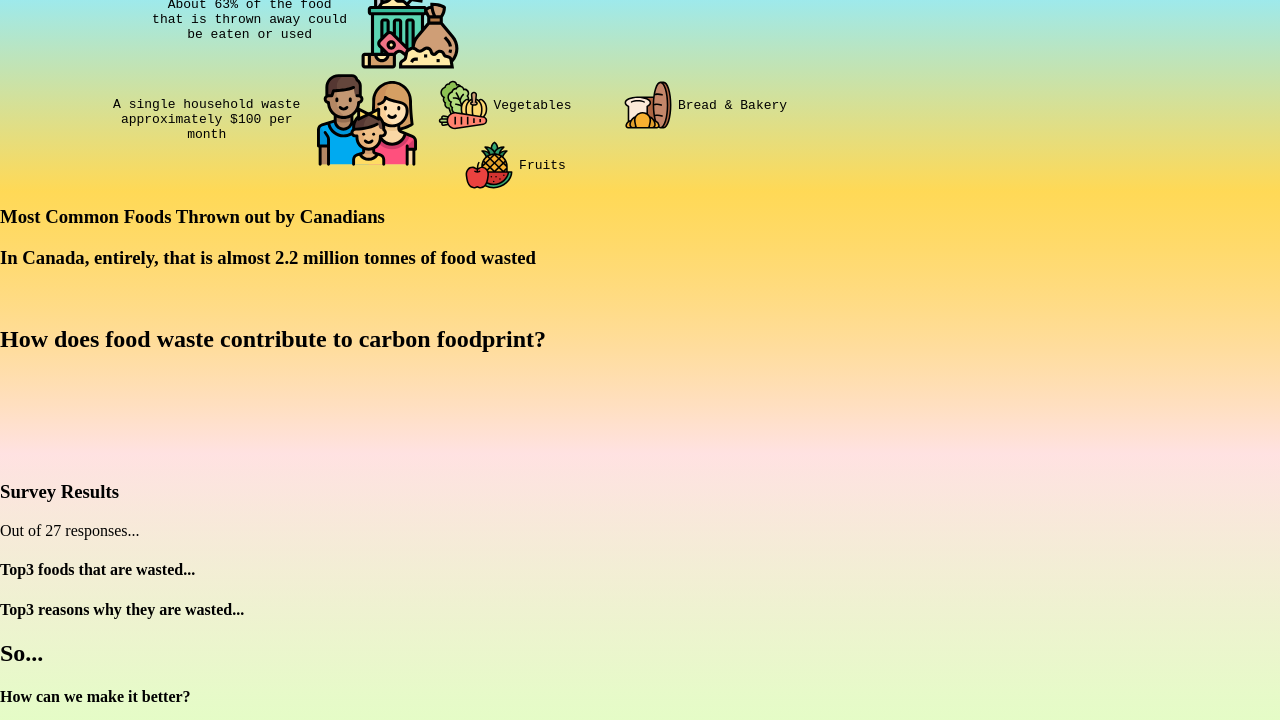
Repository: iorid3/Midterm
Page: index.html
An editor plug-in stored every save of this project. The page is shown before and after the next save, followed by the edit.
The browser window is 1280 px wide. The pictures show the whole page.
An inner scrolling area shows only its first screen.

Above is the page before, as saved 2021-03-08 12:37:29.
Console error: TypeError: Cannot read properties of null (reading 'innerHTML')

### index.html
<!DOCTYPE html>
<html>
    <head>
       <title>Mid term</title>
        <link href= "./index.css"  rel ="stylesheet" type = "text/css" >
    </head>
<body>
   <div id = "main">

        <div class = "section1">
            <div><h1> How Food Waste Impacts Our World</h1></div>
            <div><img src =""/></div>
            <div class = "comp1"></div>
            <div class = "comp2"></div>
            <div class = "comp5"></div>
        </div>

        <div class = "section2">
            <div><h2>DId you know that...</h2></div>
            <div class ="comp3_1"></div>
            <div class ="comp3_2"></div>
            <div class ="comp3_3"></div>
            <div class ="comp3_4"></div>
            <div class = "comp1"></div>

            <div class = "flag"><img src = ""></div>
            <div><h3>Most Common Foods Thrown out by Canadians</h3></div>
               <div class = "container1">
                    <div class ="comp4_1"></div>
                    <div class ="comp4_2"></div>
                    <div class ="comp4_3"></div>
                    <div class ="comp4_4"></div>
                </div>

            <div class = "comp5"></div>
            <div><h3>In Canada, entirely, that is almost 2.2 million tonnes of food wasted</h3></div>
            <div><img src = ""></div>
        </div>

        <div class = "section3">
            <div><h2>How does food waste contribute to carbon foodprint?</h2></div>
            <div><img src = ""></div>

            <div class = "comp6"></div>
            <div class = "comp6"></div>
            <div class = "comp6"></div>
            <div class = "comp6"></div>

                <div class = "container2">
                    <div><img src = ""></div>
                    <div><img src = ""></div>
                    <div><img src = ""></div>
                </div>

            <div class = "comp6"></div>


        </div>


        <div class = "section4">
            <div class = "container3">
               <div><img src = ""></div>
               <div><h3>Survey Results</h3></div>
               <div>Out of 27 responses...</div>
            </div>


            <div class ="comp2"></div>
            <div><h4>Top3 foods that are wasted...</h4></div>
            <div class = "container4">
                <div class = "comp7"></div>
                <div class = "comp7"></div>
                <div class = "comp7"></div>
            </div>

            <div><h4>Top3 reasons why they are wasted...</h4></div>
            <div class = "container5">
                <div class = "comp8"></div>
                <div class = "comp8"></div>
                <div class = "comp8"></div>
            </div>



            <div><h2>So...</h2></div>

            <div><h4>How can we make it better?</h4></div>
            <div class = "container6">
                <div class ="comp9"></div>
                <div class ="comp9"></div>
                <div class ="comp9"></div>
                <div class ="comp9"></div>
            </div>


        <div class = "section5">

            <div><h3>Small Steps goes a long way</h3></div>
            <div class = "comp10"></div>
            <div class = "comp10"></div>
            <div class = "comp10"></div>
            <div class = "comp10"></div>
            <div class = "comp10"></div>
            <div class = "comp10"></div>

            <div><img src = ""></div>
            <div><img src = ""></div>

            <div class = "comp5"></div>
            <div><h3>Do your part in saving the environment by ...</h3></div>
            <div><h2>Using this app to reduce food waste</h2></div>
            <div><h2>FridgeSaver</h2></div>
            <div><img src =""></div>
            <div class = "comp5"></div>
            <div><h5>Start with what you have in your fridge</h5></div>

            <div><img src =""></div>
            <div><h5>Ready to find interesting recipes?</h5></div>



        </div>








       <!-- <div class = "col left">
           <div class = "row top">
               <div class = "shake"></div>
           </div>
           <div class = "row mid">
               <div class = "rank1"></div>
               <div class = "rank2"></div>
           </div> -->
    </div>


<script src = ./comps/comp1/index.js></script>
<script src = ./comps/comp2/index.js></script>
<script src = ./comps/comp3/index.js></script>
<script src = ./comps/comp4/index.js></script>
<script src = ./comps/comp5/index.js></script>
<script src = ./comps/comp6/index.js></script>
<script src = ./comps/comp7/index.js></script>
<script src = ./comps/comp8/index.js></script>
<script src = ./comps/comp9/index.js></script>
<script src = ./comps/comp10/index.js></script>

<script src = ./index.js></script>
</body>
</html>

### index.css
html,body{
    margin:0;
    overflow-x:hidden;
    background: linear-gradient(180deg, rgba(156, 233, 235, 0.86) 0%, rgba(255, 217, 86, 0.96) 26.56%, rgba(255, 220, 220, 0.6) 63.02%, rgba(227, 252, 195, 0.76) 100%);
    mix-blend-mode: normal;
}
#main{
    width:100vw;
    height:100vh;
    display:flex;
    flex-direction: column;
    justify-content: center;
}

### Comps/comp1/index.js
function Comp1UI(url="Images/confusion.png", size ="10px", font= "Poppins", text="text"){
    return `<div style='
            width: 100vw;
            height: 30vh;
            display: inline-flex;
            justify-content: center;
            align-items: center;
            transition: opacity 1s;
            opacity: 0.25;
        '
        onclick='Comp1UI.HandleClick(this)'
        >

        <img style='
            display: inline-flex;
            width: 200px;
            position: relative;
            left: 140px;
            top: 60px;
        'src="${url}" />

        <div>
            <img style='
                display: inline-flex;
                position: relative;
                width: 500px;
                left: 100px;
                bottom: 10px;
            'src="Images/chat.svg" />

            <div style='
                display: inline-flex;
                position: relative;
                bottom: 280px;
                right: 265px;
                font-size: ${size};
                font-weight: bold;
                font-family: ${font};
            '> ${text}</div>
        </div>
    </div>`
}

Comp1UI.HandleClick = (el) => {
    el.style.opacity = 1;
}

### Comps/comp2/index.js
function Comp2UI(url="Images/confusion.png", size ="10px", font= "Poppins", text="text"){
    return `<div style='
        width: 100vw;
        height: 30vh;
        display: inline-flex;
        justify-content: center;
        align-items: center;
        transition: opacity 1s;
        opacity: 0.25;
    '
    onclick='Comp1UI.HandleClick(this)'
    >

        <img style='
            display: inline-flex;
            width: 200px;
            position: relative;
            left: 500px;
            top:60px;
        ' src="${url}"/>

        <div>
            <img style='
                display: inline-flex;
                position: relative;
                width: 500px;
                right: 200px;
                bottom: 10px;
                transform: rotateY(180deg)
            ' src="Images/chat2.svg" />

            <div style='
                display: inline-flex;
                position: relative;
                bottom: 280px;
                right: 560px;
                font-size: ${size};
                font-weight: bold;
                font-family: ${font};
            ' >${text}</div>
        </div>
    </div>`
}

Comp2UI.HandleClick = (el) => {
    el.style.opacity = 1;
}

### Comps/comp3/index.js
function Comp3UI(Text='Average Canadian wastes 140kg of food in a year', url='https://placekitten.com/400/400') {
    return `
        <div style='
            display: inline-flex;
            align-items: center;
            justify-content: center;

            transition-property: transform;
            transition-duration: 1s;
            transition-timing-function: ease-in-out;
            transition-delay: 1s;

        '>
            <div style='
                flex-basis: 200px;
                text-align: center;
                padding-right: 10px;
                font-family: monospace;


            '
            >${Text}</div>

            <div style='
                width: 100px;
                height: 100px;
            '
            // onclick='Comp3UI.HandleClick(this)'
            >
                <img  style='
                    width: 100%;
                    height: 100%;
                    object-fit: cover;
                '
                src='${url}' />
        </div>
    `
}

// Comp3UI.HandleClick = (el) => {
//     el.style.top = "110%";
// }


// export const Comp3 = Comp3UI();

### Comps/comp4/index.js
function Comp4UI(url='https://placekitten.com/300/300',text='Bread & Bakery',x='0',y='0') {
    return `
        <div style='
            display: flex;
            flex-direction: row;
            align-item: center;
            justify-content: center;
            width: 250px;
            height: 50px;
            margin: 10px;
            position: absolute;
            top: ${x}px;
            left: ${y}px;

            animation-name: bouncing;
            animation-duration: 1.5s;
            animation-direction: alternate;
            animation-iteration-count: infinite;
            animation-delay: 2s;



        '
        >
            <div style='
                width: 50px;
                height: 50px;
            '>
                <img style='
                    width: 100%;
                    height: 100%;
                    object-fit: cover;
                '
                src='${url}' />
            </div>
            <div style='
            font-family: monospace;
            text-align: center;
            padding-top: 18px;
            padding-left: 5px;
            '
            >${text}</div>
        </div>
    `
}




// export const Comp4 = Comp4UI();

### Comps/comp5/index.js
function Comp5UI(x='0', y='0', url='https://placekitten.com/300/300') {
    return `
        <div style='
            width: 150px;
            height: 150px;
            position: absolute;
            top: ${x}px;
            left: ${y}px;

        '
        >
            <img style='
                width: 100%;
                height: 100%;
                object-fit: cover;

                animation-name: bounce;
                animation-duration: 1s;
                animation-direction: alternate;
                animation-iteration-count: infinite;

            '
            src='${url}' />


        </div>

    `
}

// export const Comp5 = Comp5UI();

### Comps/comp6/index.js
function Carboncomp(text =" 7% of greenhouse gases produced globally are due to preventable food waste", url= "images/factory.svg"){
    return `<div style = "
                          display:inline-flex;
                          ">
                         <div style = "display:flex;
                         padding:10px;">
                         <img style ="
                          width:100px;
                          height:100px;
                         " src  = "${url}"></div>
                         <div style ="
                         display:flex;
                         padding:10px;"><p>${text}</p></div>

            </div>`
}

### Comps/comp7/index.js
function Graphcomp(url ="images/vegetable.svg",text ="Leftovers(59.3%)",color ="pink",width ="200px" ){
    return `<div style = "
                          display:inline-flex;
                          align-items:flex-start;
                          justify-content:flex-start;
                          ">
                            <div style = "display:flex;
                            padding:10px;
                            width:80px;
                            height:80px;
                            ">
                            <img src  = "${url}"></div>
                            <div class = "graph"
                            style ="
                            width:${width};
                            height:30px;
                            margin-top:10px;
                            background-color:${color};
                            box-shadow: 3px 3px ;
                            transition:background-color,1s,box-shadow, 1s;"
                            onmouseover = "Graphcomp.HandleMouseover(this)">
                            <div style ="
                            display:flex;
                            padding:10px;
                            font-size:25px;"><p>${text}</p></div>
                            </div>



            </div>`


}

Graphcomp.HandleMouseover = (el)=>{
   el.style.boxShadow = "8px 8px";
//    el.style.width = "400px";
 }

### Comps/comp8/index.js
function Graphcomp2(url ="images/vegetable.svg",text ="Leftovers(59.3%)",color ="pink",width ="200px" ){
    return `<div style = "
                          display:inline-flex;
                          flex-direction:row;
                          justify-content:center;
                          ">
                            <div class = "graph"
                            style ="
                            display:flex;
                            width:${width};
                            height:30px;
                            margin-top:10px;
                            background-color:${color};
                            box-shadow: 3px 3px ;
                            transition:background-color,1s,box-shadow, 1s;"
                            onmouseover = "Graphcomp2.HandleMouseover(this)">
                            <div style ="
                            display:flex;
                            width:200px;
                            padding:10px;
                            font-size:20px;"><p>${text}</p></div>
                            </div>
                            <div style = "display:flex;
                            padding:10px;
                            width:80px;
                            height:80px;
                            ">
                            <img src  = "${url}"></div>




            </div>`


}

Graphcomp2.HandleMouseover = (el)=>{
//    el.style.backgroundColor  = "blue";
   el.style.boxShadow = "8px 8px";
//    el.style.width = "400px";
 }

### Comps/comp9/index.js
function Comp9UI(url="images/1.svg", text="4 Ways to Make it Better") {
    return `
        <img style='
            width: 80px;
            height: 80px;
            transition: width 0.2s;
            transition-timing-function: ease-in-out;
        '

        onmouseover='Comp9UI.HandleImageHover(this)'
        onmouseout='Comp9UI.HandleImageHoverOut(this)'

        src="${url}"/>

        <div style='
            width: 180px;
            height: 180px;
            margin: 10px;
            padding: 10px;
            background-color: rgba(255, 255, 255, 0.6);
            border: 3px solid rgba(0, 0, 0, 0.5);
            border-radius: 50%;
            display: flex;
            justify-content: center;
            align-items: center;
            font-size: 1.1em;
            line-height: 1.2em;
            text-align: center;
            transition: width 0.2s;
            transition-timing-function: ease-in-out;
        '
            onmouseover='Comp9UI.HandleHover(this)'
            onmouseout='Comp9UI.HandleHoverOut(this)'

        >${text}</div>

    `
}

Comp9UI.HandleImageHover = (el) => {
    el.style.width = "120px";
    el.style.height = "120px";
}

Comp9UI.HandleImageHoverOut = (el) => {
    el.style.width = "80px";
    el.style.height = "80px";
}

Comp9UI.HandleHover = (el) => {
    el.style.color = "#2E8B57";
    // el.style.width = "210px";
    // el.style.height = "210px";
    // el.style.fontSize = "1.4em";
}

Comp9UI.HandleHoverOut = (el) => {
    el.style.color = "#000000";
    // el.style.width = "180px";
    // el.style.height = "180px";
    // el.style.fontSize = "1.1em";
}
// export const Comp9 = Comp9UI();

### Comps/comp10/index.js
function Comp10UI(w="55px", tdeg="120deg", top="0px", left="0px", anidelay="1s") {
    return `
    <img style='
        width: ${w};
        transform: rotate(${tdeg});
        position: absolute;
        top: ${top};
        left: ${left};

        animation-name: footsteps;
        animation-duration: 4s;
        animation-delay: ${anidelay};
        animation-iteration-count: infinite;

    'src="images/footsteps.svg"/>

    `
}

// export const Comp10 = Comp10UI();

### index.js










//add claudia's componenets

document.querySelector(".comp3_1").innerHTML += Comp3UI('Average Canadian wastes 140kg of food in a year', 'icons/grocery.svg')
document.querySelector(".comp3_2").innerHTML += Comp3UI('That’s worth about $1,100 Canadian dollars', 'icons/canada.svg')
document.querySelector(".comp3_3").innerHTML += Comp3UI('About 63% of the food that is thrown away could be eaten or used', 'icons/garbage.svg')
document.querySelector(".comp3_4").innerHTML += Comp3UI('A single household waste approximately $100 per month', 'icons/family.svg')

document.querySelector(".comp4_1").innerHTML += Comp4UI('icons/vegetable.svg', 'Vegetables',70,370)
document.querySelector(".comp4_2").innerHTML += Comp4UI('icons/bread.svg', 'Bread & Bakery',70,570)
document.querySelector(".comp4_3").innerHTML += Comp4UI('icons/fruits.svg', 'Fruits',130,380)
document.querySelector(".forth").innerHTML += Comp4UI('icons/fridge.svg', 'Leftover',130,545)

document.querySelector(".row").innerHTML += Comp5UI(50,500,'icons/down-arrow.svg')

After the next save:
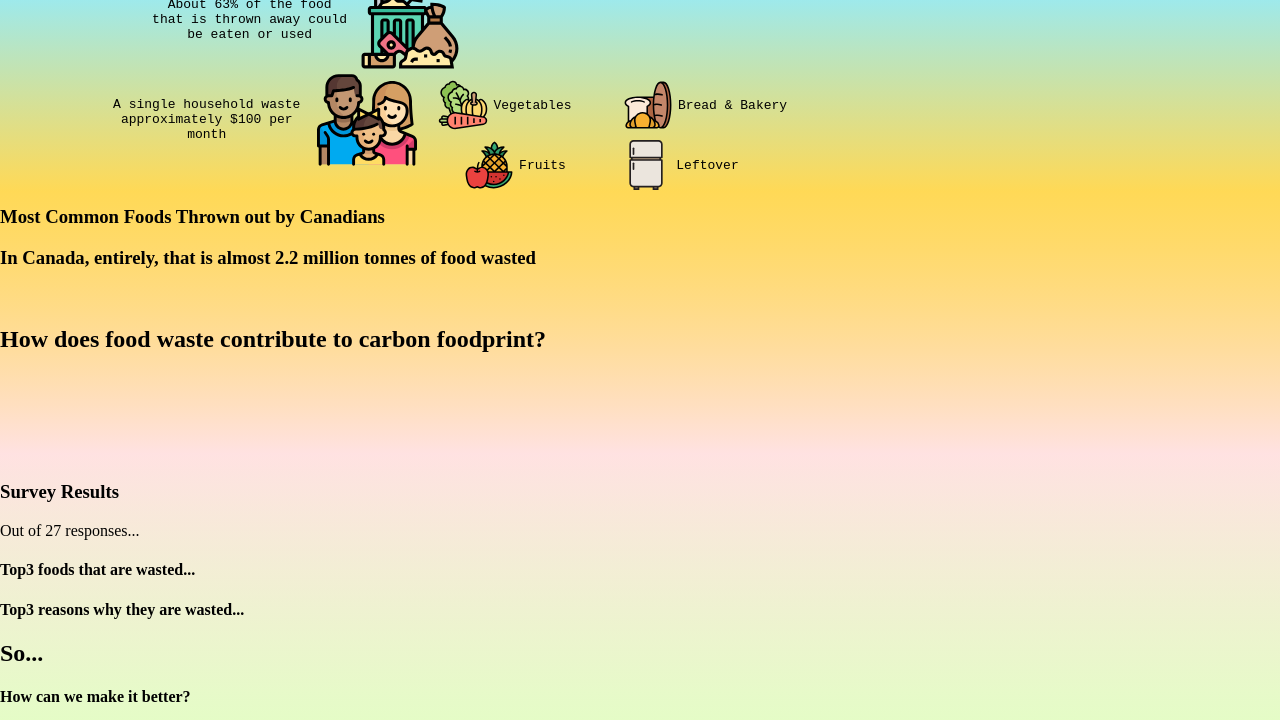
Saved 4 s later.
--- a/index.js
+++ b/index.js
@@ -18,6 +18,6 @@ document.querySelector(".comp3_4").innerHTML += Comp3UI('A single household wast
 document.querySelector(".comp4_1").innerHTML += Comp4UI('icons/vegetable.svg', 'Vegetables',70,370)
 document.querySelector(".comp4_2").innerHTML += Comp4UI('icons/bread.svg', 'Bread & Bakery',70,570)
 document.querySelector(".comp4_3").innerHTML += Comp4UI('icons/fruits.svg', 'Fruits',130,380)
-document.querySelector(".forth").innerHTML += Comp4UI('icons/fridge.svg', 'Leftover',130,545)
+document.querySelector(".comp4_4").innerHTML += Comp4UI('icons/fridge.svg', 'Leftover',130,545)
 
 document.querySelector(".row").innerHTML += Comp5UI(50,500,'icons/down-arrow.svg')
